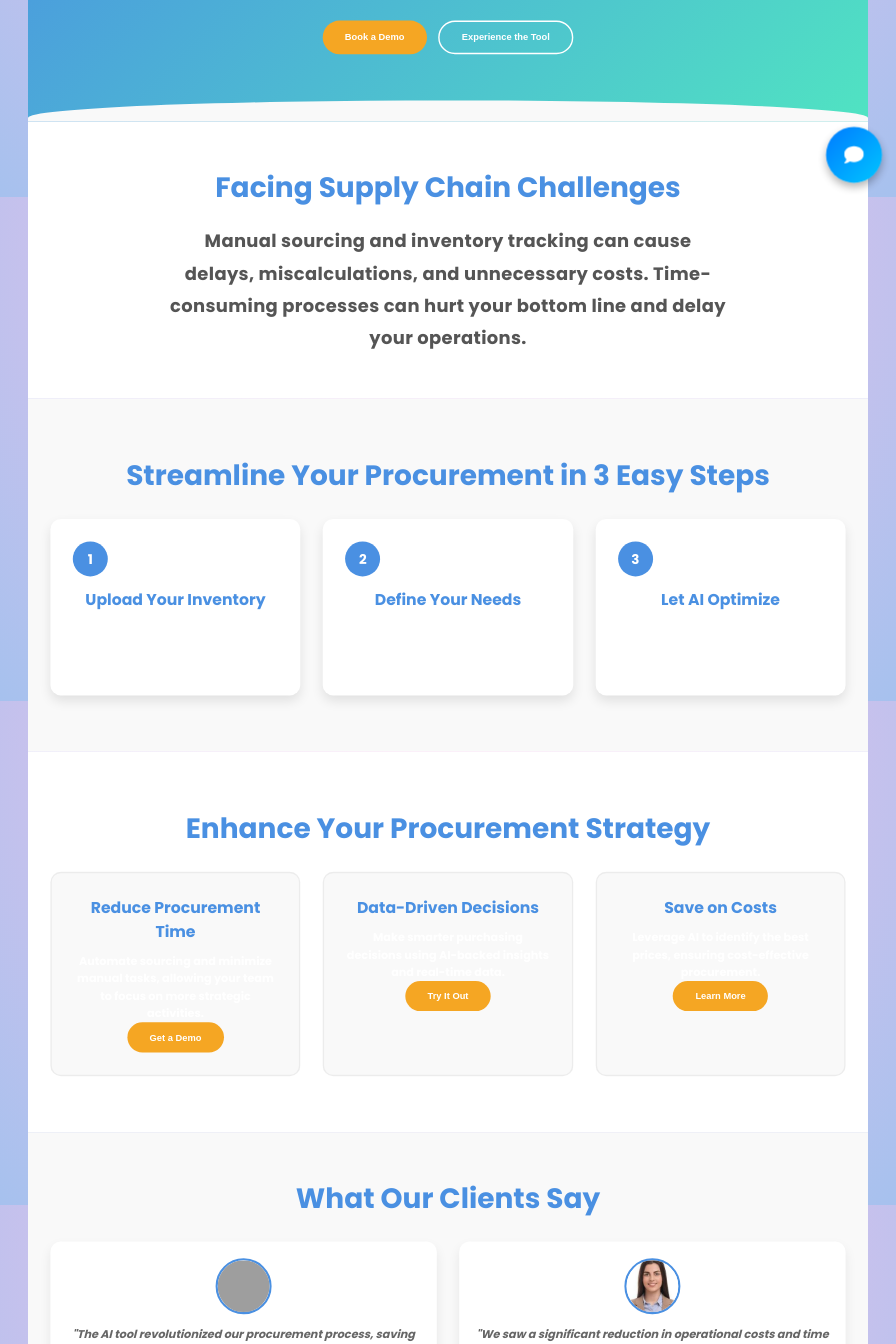
Repository: aabhashbasnet/SSNCorporation
Page: /who-we-serve/suppliers
These files come from the project's save history. The page is drawn as it stood at one moment and after the next save; the edit follows.
The browser window is 1280 px wide. The pictures show the part of the page from y = 438 to 2358 px (the page is 3136 px tall before and 3036 px after), at 70% of full size.
Pictures or frames that could not be fetched are drawn as grey boxes. The project was rebuilt for these pictures with package versions that can differ from the ones it lists, and the page was loaded fresh each time. Also part of the build but not shown: src/components/Main/Main.jsx, src/components/Working/Working.css, src/components/Working/Working.jsx, src/components/Footer/Footer.jsx, src/pages/OurMission/OurMission.jsx, src/pages/LoginSignUp/LoginSignUp.css, src/pages/LoginSignUp/LoginSignUp.jsx, src/pages/Industries/Industries.jsx and 12 more.

Above is the page before, as saved 2025-02-11 13:08:06.

After the next save:
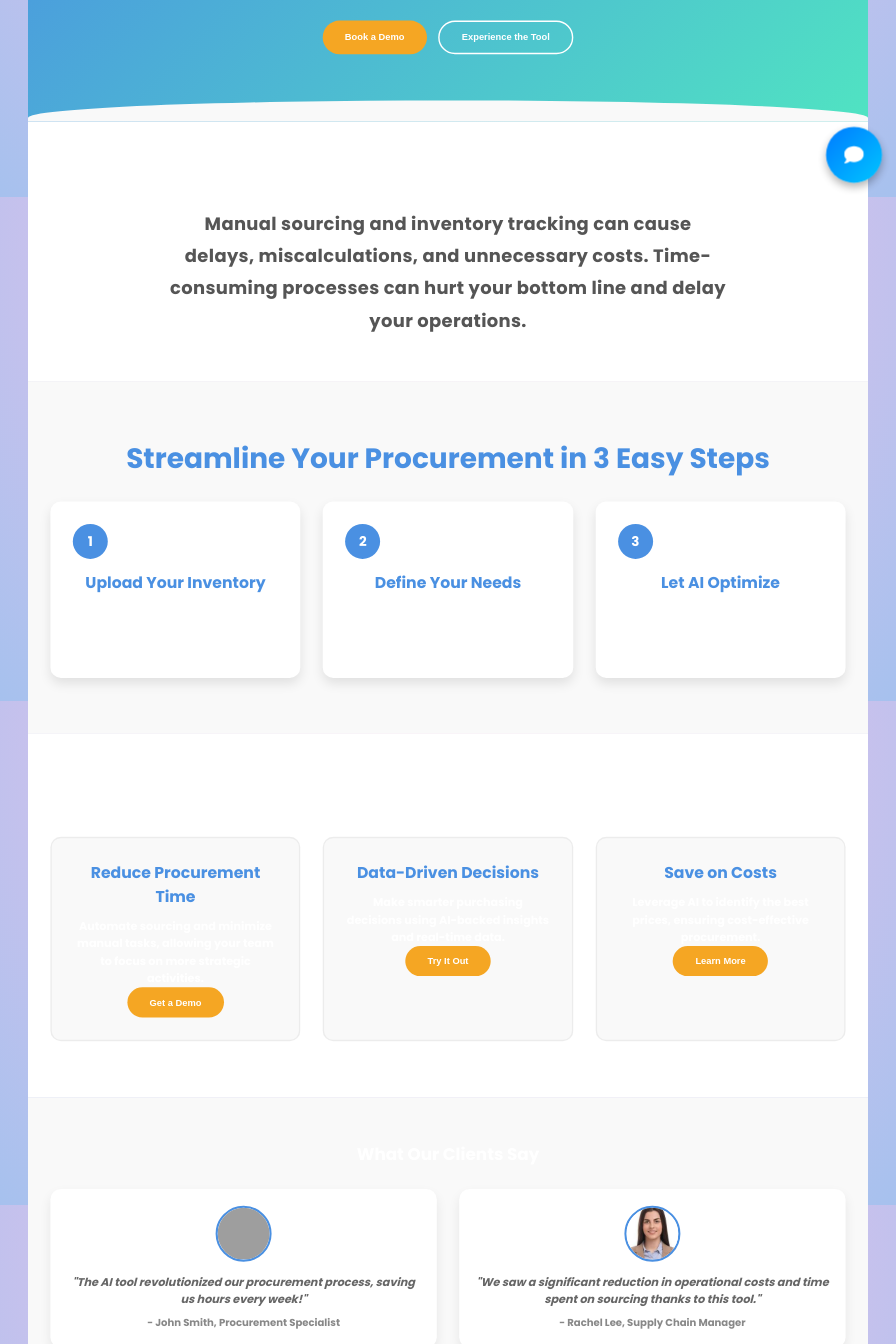
Saved 14 s later.
--- a/src/pages/WhoWeServe/Suppliers.css
+++ b/src/pages/WhoWeServe/Suppliers.css
@@ -87,7 +87,7 @@
   section {
     padding: 5rem 2rem;
   }
-
+  .process
 
   /* Headings */
   h2 {
